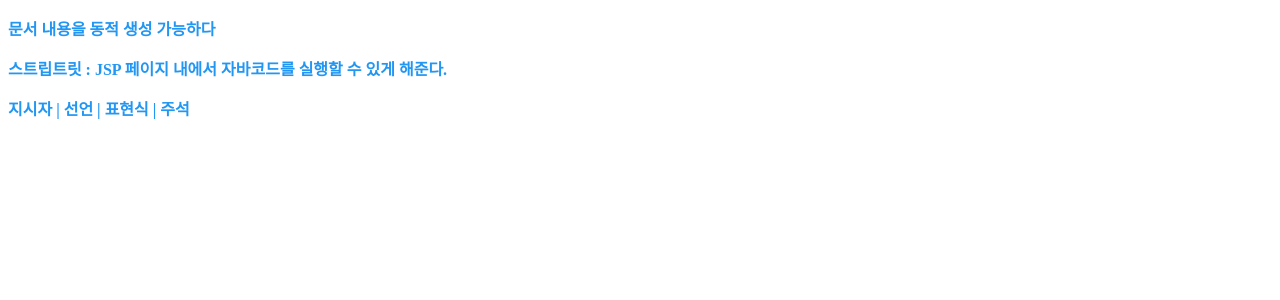
Repository: hyejux/JSP_STUDY
Page: http://localhost/JSPPractice2/JSP_ex3.jsp
The author's editor kept a copy of each file at every save. The page is drawn from the files as they stood at one save, then again after the next save.
The browser window is 1280 px wide. The pictures show the whole page.
The page is served by Tomcat 9. Other server files are loaded and not shown.

Above is the page before, as saved 2025-01-07 15:02:44.

### JSPPractice2/src/main/webapp/JSP_ex3.jsp
<%@ page language="java" contentType="text/html; charset=UTF-8"
    pageEncoding="UTF-8"%>
<!DOCTYPE html>
<html>
<head>
<meta charset="UTF-8">
<title> 기본 객체 소개 </title>
</head>
<link rel="stylesheet" type="text/css" href="css/style.css"> </link>
<body>
<div class="info">
<p> 문서 내용을 동적 생성 가능하다 </p>
<p> 스트립트릿 : JSP 페이지 내에서 자바코드를 실행할 수 있게 해준다.</p>
<p> 지시자 | 선언 | 표현식 | 주석 </p>
</div>
</body>
</html>

### JSPPractice2/src/main/webapp/css/style.css
.info{
	color : #2196f3;
	font-weight: bold;
}

.btn1 {
	border: 1px solid #ddd;
    color: #ffffff;
    border-radius: 10px;
    padding: 5px 10px;
    background: #03A9F4;
    margin-top: 5px;
}

After the next save:
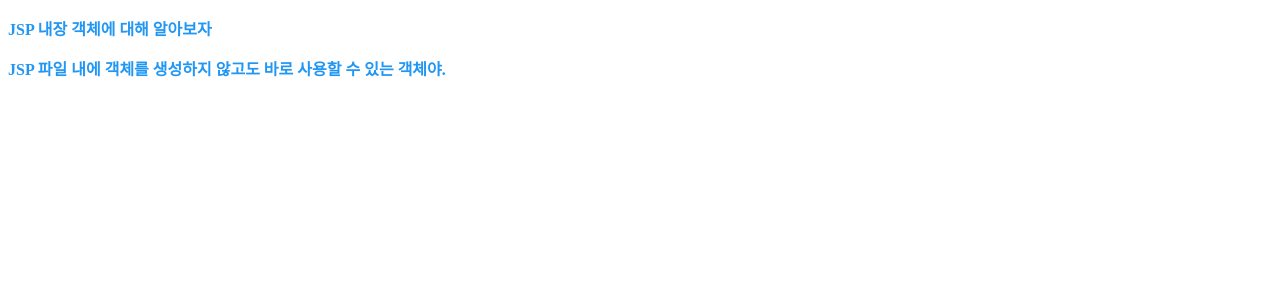
Saved 49 s later.
--- a/JSPPractice2/src/main/webapp/JSP_ex3.jsp
+++ b/JSPPractice2/src/main/webapp/JSP_ex3.jsp
@@ -9,9 +9,8 @@
 <link rel="stylesheet" type="text/css" href="css/style.css"> </link>
 <body>
 <div class="info">
-<p> 문서 내용을 동적 생성 가능하다 </p>
-<p> 스트립트릿 : JSP 페이지 내에서 자바코드를 실행할 수 있게 해준다.</p>
-<p> 지시자 | 선언 | 표현식 | 주석 </p>
+<p> JSP 내장 객체에 대해 알아보자 </p>
+<p> JSP 파일 내에 객체를 생성하지 않고도 바로 사용할 수 있는 객체야. </p>
 </div>
 </body>
 </html>
